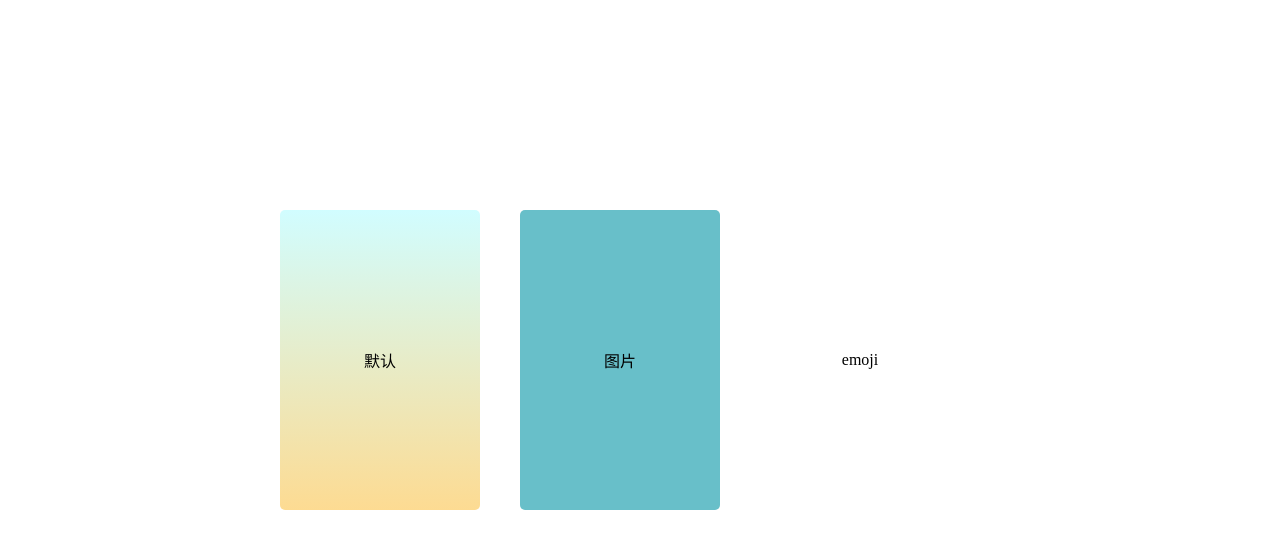
Repository: gyypwrs/css-practice
Page: DIY-cursor/index.html
An editor plug-in stored every save of this project. The page is shown before and after the next save, followed by the edit.
The browser window is 1280 px wide. The pictures show the whole page.

Above is the page before, as saved 2022-05-06 11:48:46.

After the next save:
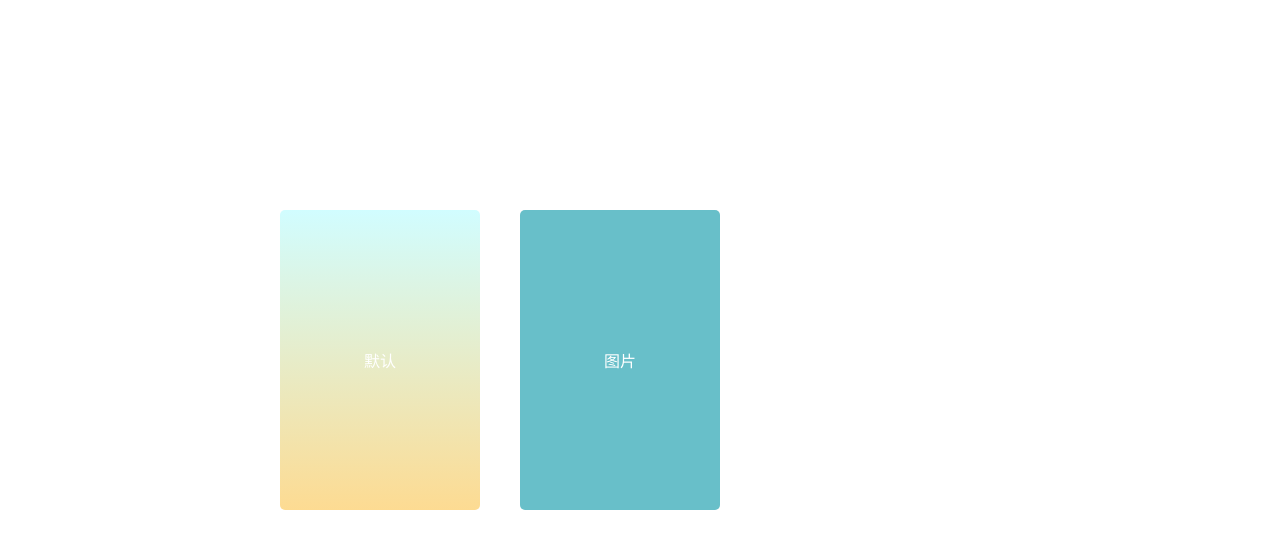
Saved 82 s later.
--- a/DIY-cursor/index.html
+++ b/DIY-cursor/index.html
@@ -4,7 +4,7 @@
  * @Author: Hongyu
  * @Date: 2022-05-06 10:36:30
  * @LastEditors: Hongyu
- * @LastEditTime: 2022-05-06 11:48:46
+ * @LastEditTime: 2022-05-06 11:50:08
 -->
 <!DOCTYPE html>
 <html>
@@ -41,6 +41,7 @@
       }
       p {
         margin: auto;
+        color: #fff;
       }
 
   </style>
